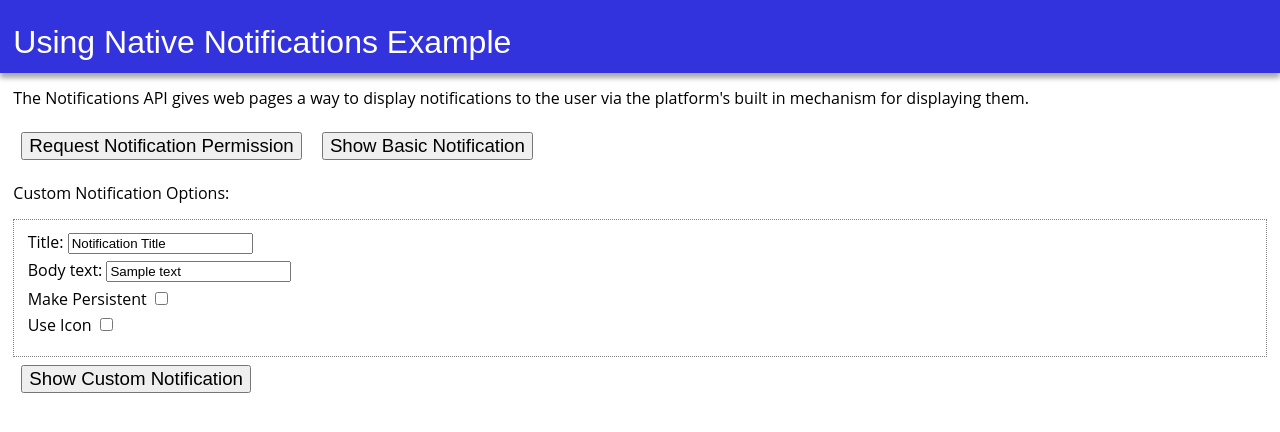
Repository: craig-o-curtis/browser-apis
Page: pages/notifications.html
An editor plug-in stored every save of this project. The page is shown before and after the next save, followed by the edit.
The browser window is 1280 px wide. The pictures show the whole page.

Above is the page before, as saved 2020-05-16 19:53:05.

After the next save:
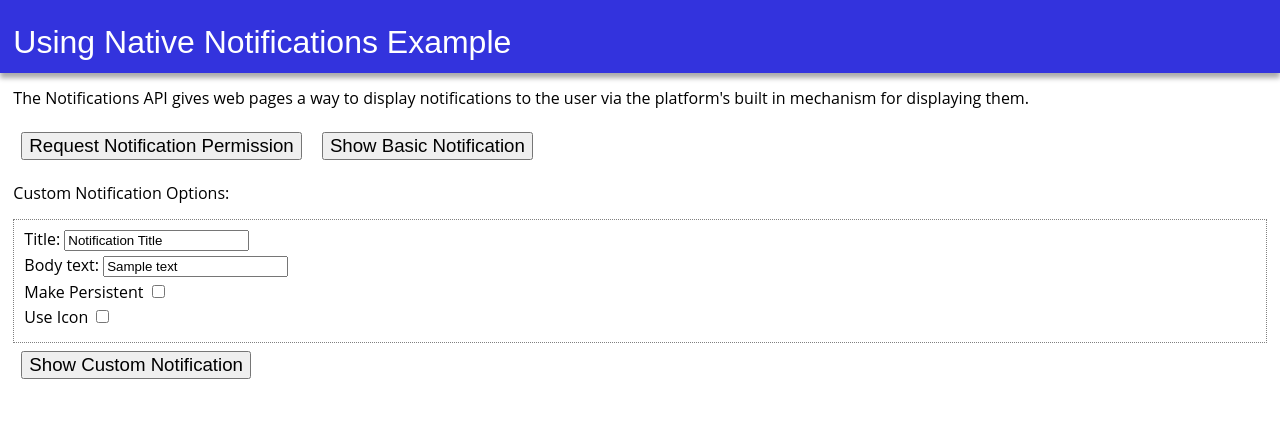
Saved 86 min 18 s later.
--- a/pages/notifications.html
+++ b/pages/notifications.html
@@ -5,11 +5,11 @@
         <style type="text/css">
             form {
                 border: 1px dotted gray;
-                padding: 10pt;
+                padding: 10px;
             }
 
             form>div {
-                margin-bottom: 5pt;
+                margin-bottom: 5px;
             }
         </style>
         <link rel="stylesheet" href="./style.css" />
